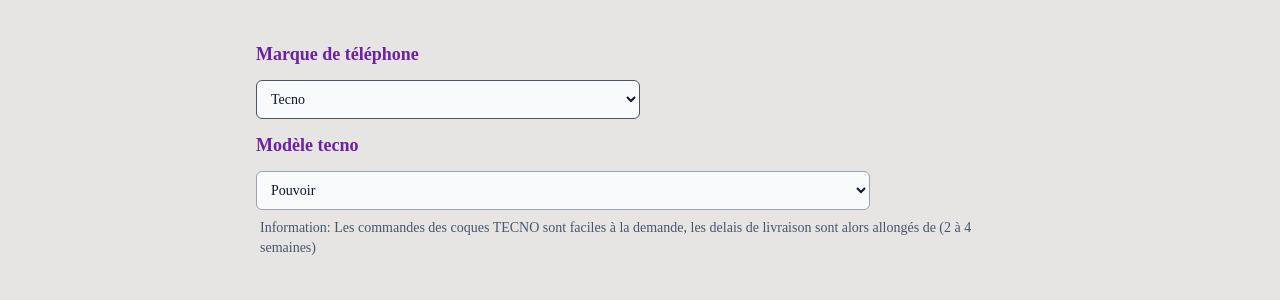
Repository: darlino/gotyu_shopify_section
Page: product_select220223/index.html
The author's editor kept a copy of each file at every save. The page is drawn from the files as they stood at one save, then again after the next save.
The browser window is 1280 px wide. The pictures show the whole page.
Some web fonts or font styles are not loaded; a fallback is used. Some web libraries are served in a nearby version.

Above is the page before, as saved 2023-02-22 21:34:19.

After the next save:
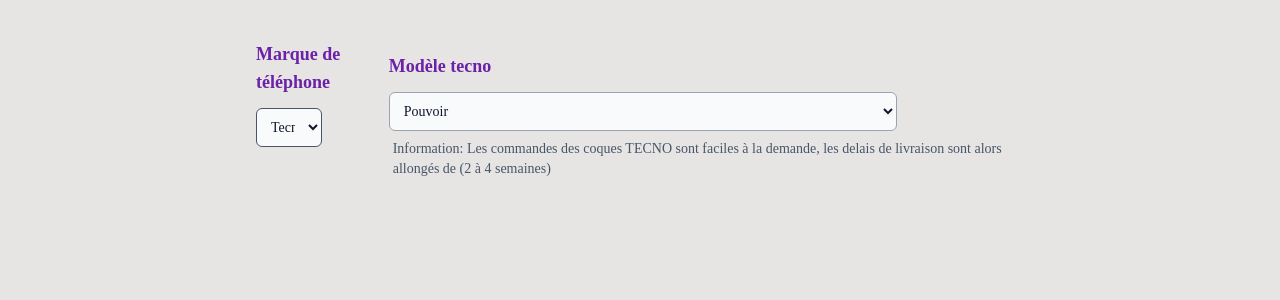
Saved 23 s later.
--- a/product_select220223/index.html
+++ b/product_select220223/index.html
@@ -17,7 +17,7 @@
   <body>
     <section id="product_select220223">
       <div class="flex flex-col max-w-[1300px] bg-stone-200 h-screen mx-auto">
-        <div class="flex flex-col w-fulll lg:px-64 space-y-3 mx-auto p-10">
+        <div class="flex flex-row w-fulll lg:px-64 space-y-3 mx-auto p-10">
           <div class="flex flex-col space-y-3">
             <p class="text-lg font-bold text-left text-purple-800">
               Marque de téléphone

After the save that followed:
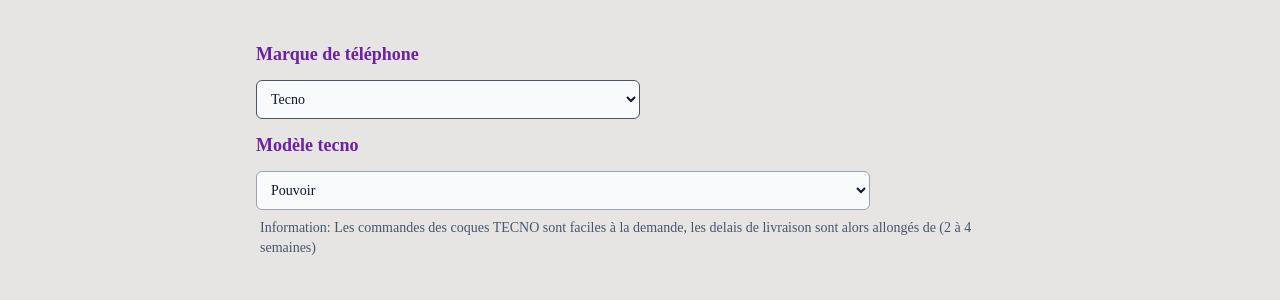
Saved 11 s later.
--- a/product_select220223/index.html
+++ b/product_select220223/index.html
@@ -17,7 +17,7 @@
   <body>
     <section id="product_select220223">
       <div class="flex flex-col max-w-[1300px] bg-stone-200 h-screen mx-auto">
-        <div class="flex flex-row w-fulll lg:px-64 space-y-3 mx-auto p-10">
+        <div class="flex flex-col w-fulll lg:px-64 space-y-3 mx-auto p-10">
           <div class="flex flex-col space-y-3">
             <p class="text-lg font-bold text-left text-purple-800">
               Marque de téléphone
